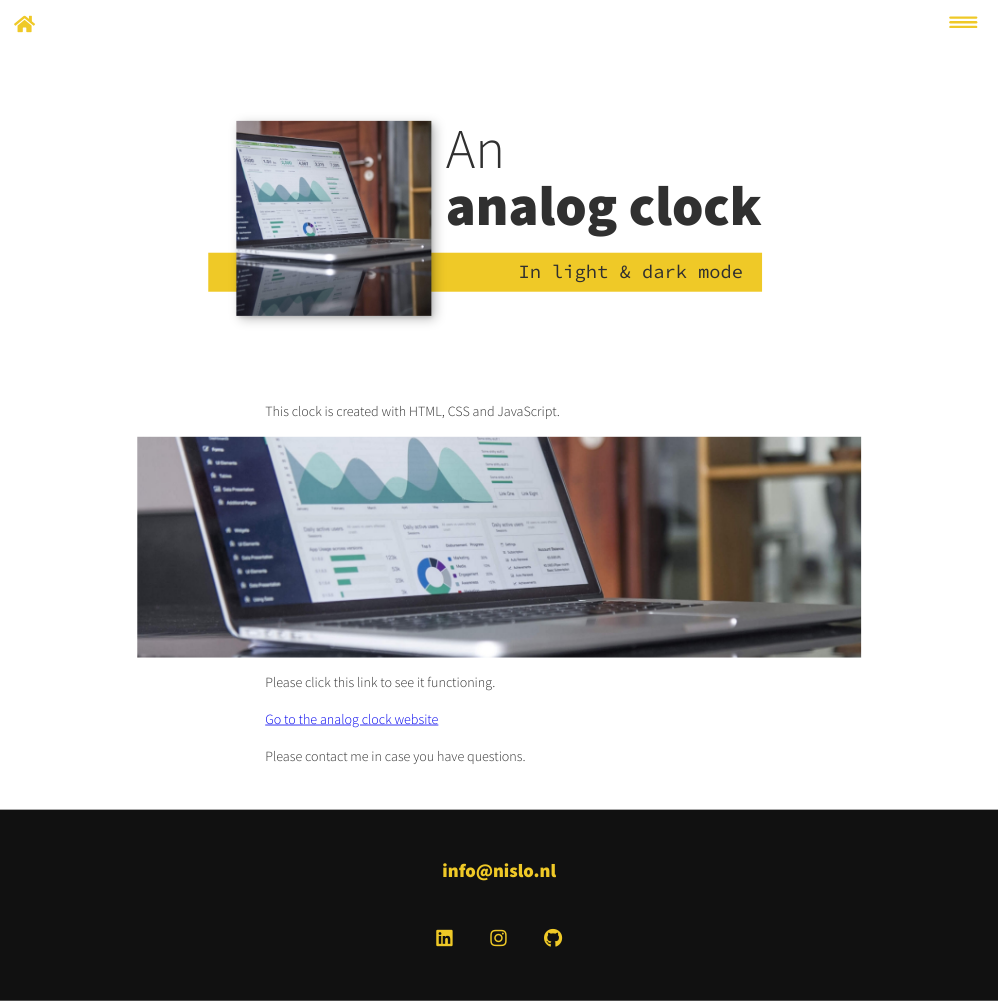
Repository: DaNiels89/portfolio
Page: portfolio-item-01.html
An editor plug-in stored every save of this project. The page is shown before and after the next save, followed by the edit.
The browser window is 1280 px wide. The pictures show the whole page, at 78% of full size.
Some web libraries are served in a nearby version.

Above is the page before, as saved 2020-06-20 14:26:27.

After the next save:
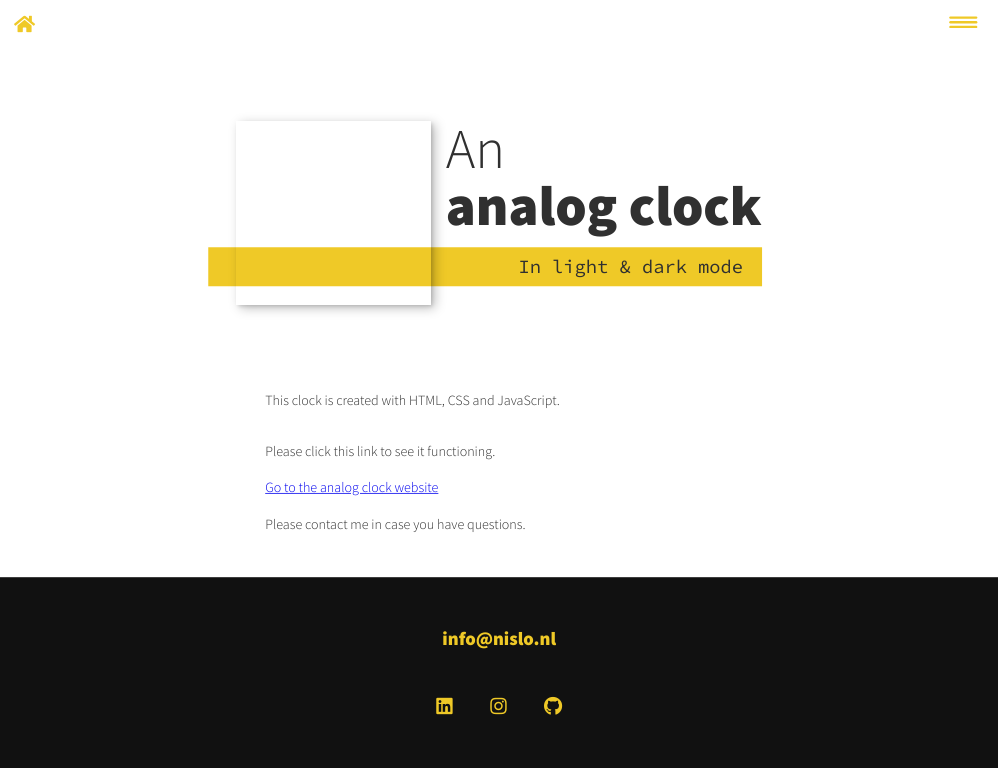
Not found: img/clock.jpg
Not found: img/code_clock.jpg
Saved 22 s later.
--- a/portfolio-item-01.html
+++ b/portfolio-item-01.html
@@ -73,14 +73,14 @@
 			An <strong>analog clock</strong>
 		</h1>
 		<p class="section__subtitle section__subtitle--intro">In light & dark mode</p>
-		<img src="img/portfolio-01.jpg" alt="" class="intro__img" />
+		<img src="img/clock.jpg" alt="" class="intro__img" />
 	</section>
 
 	<div class="portfolio-item-individual">
 		<p>
 			This clock is created with HTML, CSS and JavaScript.
 		</p>
-		<img src="img/portfolio-details.jpg" alt="" />
+		<img src="img/code_clock.jpg" alt="" />
 		<p>
 			Please click this link to see it functioning.
 		<p><a href="#">Go to the analog clock website</a></p>

After the save that followed:
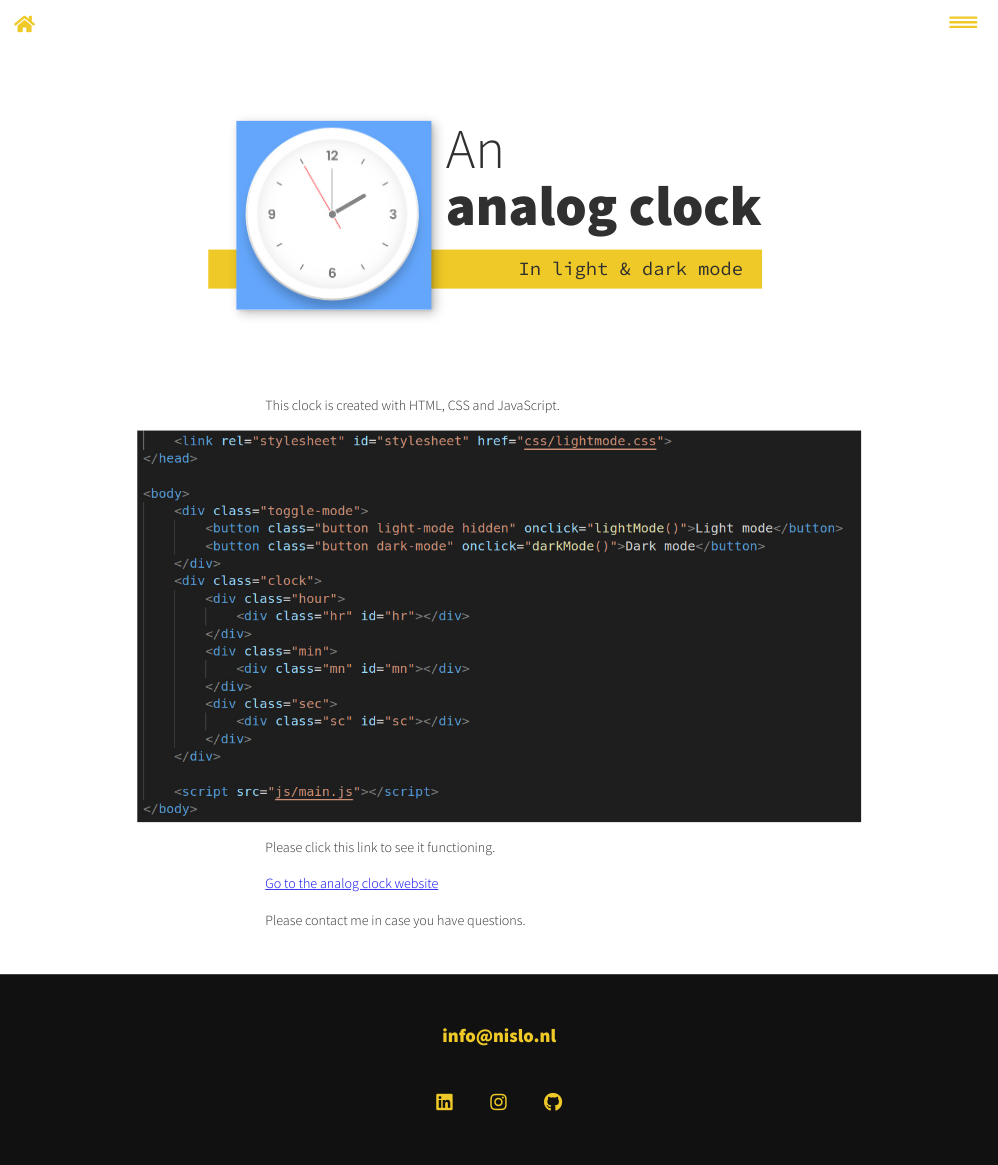
Saved 31 s later.
--- a/portfolio-item-01.html
+++ b/portfolio-item-01.html
@@ -73,14 +73,14 @@
 			An <strong>analog clock</strong>
 		</h1>
 		<p class="section__subtitle section__subtitle--intro">In light & dark mode</p>
-		<img src="img/clock.jpg" alt="" class="intro__img" />
+		<img src="analog_clock/img/clock.jpg" alt="" class="intro__img" />
 	</section>
 
 	<div class="portfolio-item-individual">
 		<p>
 			This clock is created with HTML, CSS and JavaScript.
 		</p>
-		<img src="img/code_clock.jpg" alt="" />
+		<img src="analog_clock/img/code_clock.jpg" alt="" />
 		<p>
 			Please click this link to see it functioning.
 		<p><a href="#">Go to the analog clock website</a></p>
